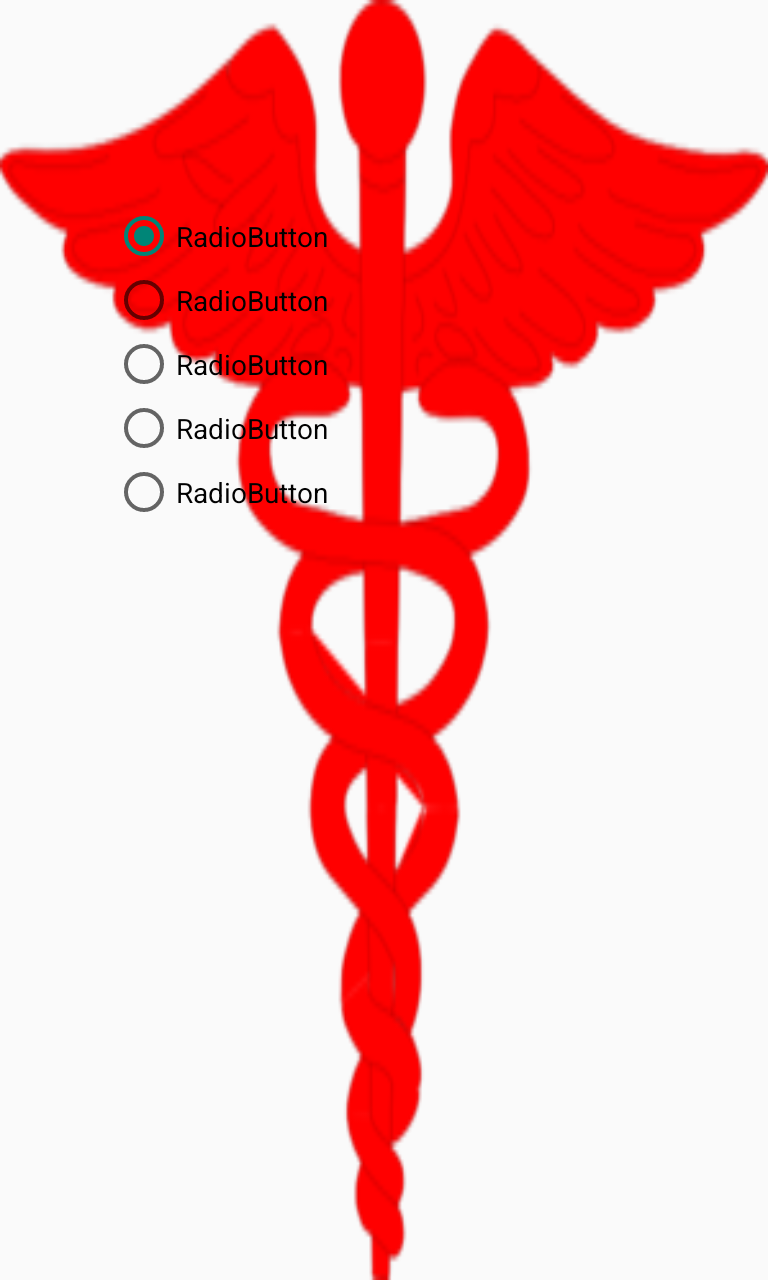
Repository: nave29/sem_1
Layout: VERSION_0.0/sem1_gica/res/layout/activity_doctors.xml
These files come from the project's save history. The layout is drawn as it stood at one moment and after the next save; the edit follows.
It is drawn on a 768 x 1280 px phone screen (xhdpi) without system bars, with theme AppTheme; the app's code is not run.

Above is the layout before, as saved 2014-09-08 10:12:33.

After the next save:
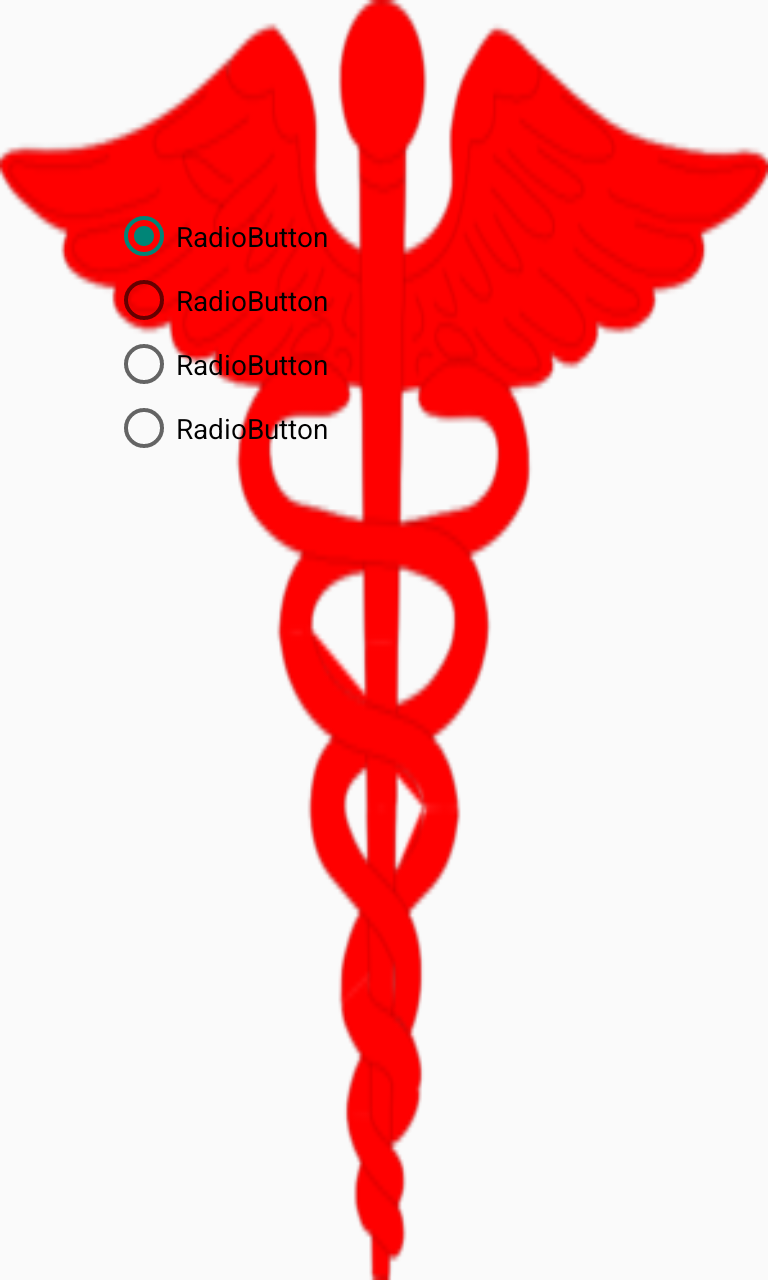
Saved 51 s later.
--- a/VERSION_0.0/sem1_gica/res/layout/activity_doctors.xml
+++ b/VERSION_0.0/sem1_gica/res/layout/activity_doctors.xml
@@ -36,14 +36,8 @@
             android:layout_width="wrap_content"
             android:layout_height="wrap_content"
             android:text="RadioButton" />
-
         <RadioButton
-            android:id="@+id/radio2"
-            android:layout_width="wrap_content"
-            android:layout_height="wrap_content"
-            android:text="RadioButton" />
-        <RadioButton
-            android:id="@+id/radio2"
+            android:id="@+id/radio4"
             android:layout_width="wrap_content"
             android:layout_height="wrap_content"
             android:text="RadioButton" />

After the save that followed:
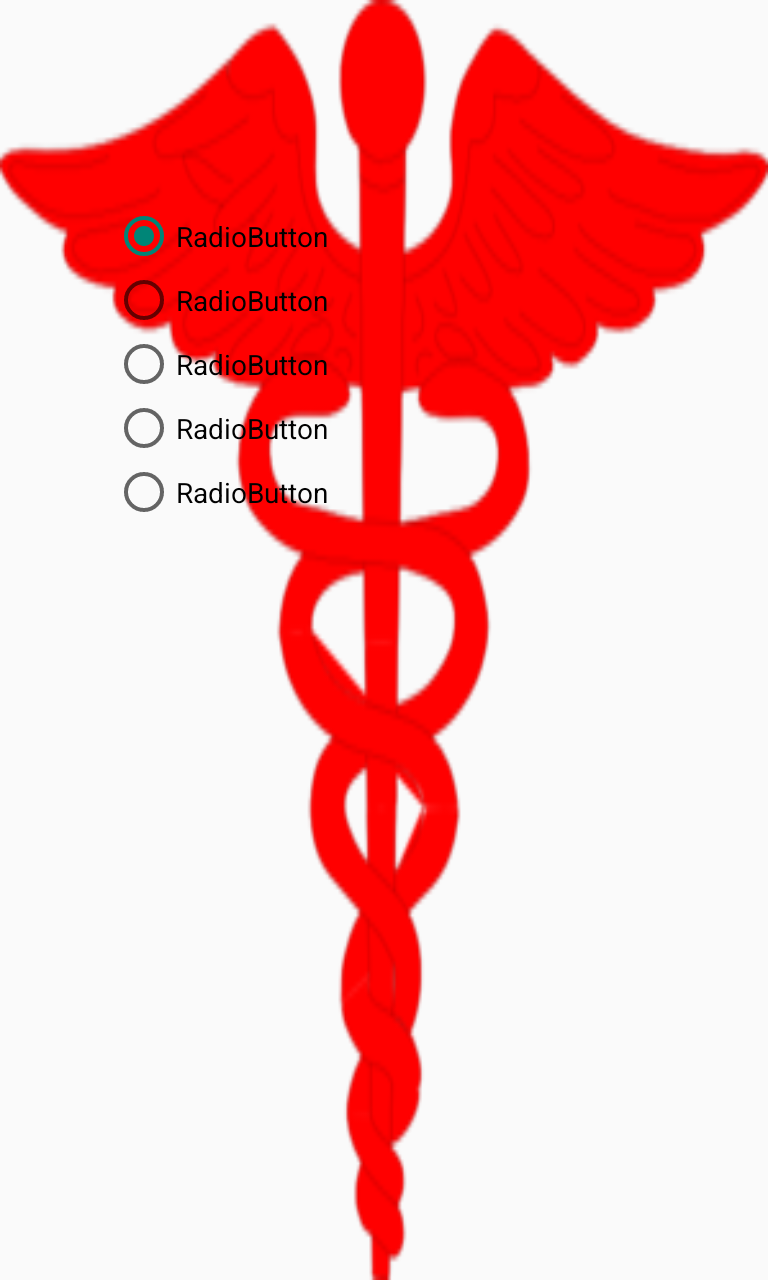
Saved 16 s later.
--- a/VERSION_0.0/sem1_gica/res/layout/activity_doctors.xml
+++ b/VERSION_0.0/sem1_gica/res/layout/activity_doctors.xml
@@ -41,6 +41,11 @@
             android:layout_width="wrap_content"
             android:layout_height="wrap_content"
             android:text="RadioButton" />
+        <RadioButton
+            android:id="@+id/radio3"
+            android:layout_width="wrap_content"
+            android:layout_height="wrap_content"
+            android:text="RadioButton" />
     </RadioGroup>
 
 </RelativeLayout>
